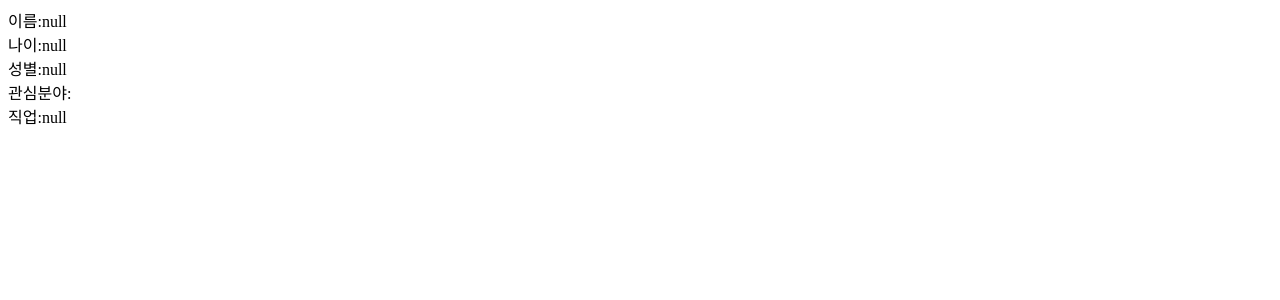
Repository: yubeens/JSP
Page: http://localhost/JSP_Project/exam/formResult.jsp
The author's editor kept a copy of each file at every save. The page is drawn from the files as they stood at one save, then again after the next save.
The browser window is 1280 px wide. The pictures show the whole page.
The page is served by Tomcat 9.

Above is the page before, as saved 2025-02-27 05:35:31.

After the next save:
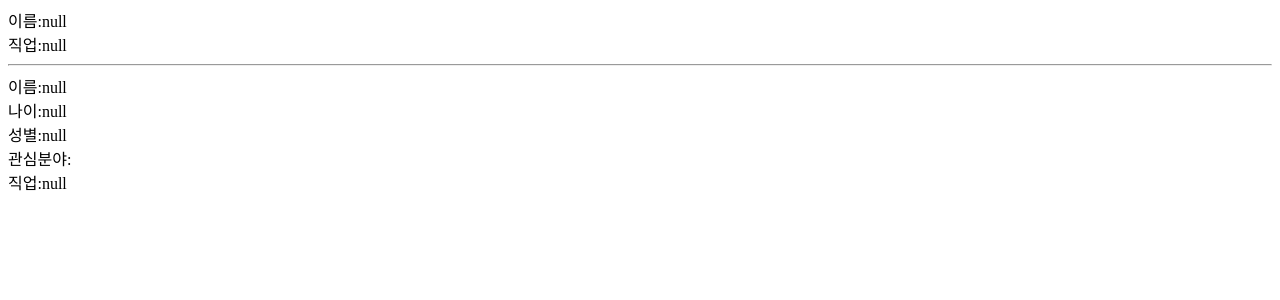
Saved 2 min 28 s later.
--- a/JSP_Project/src/main/webapp/exam/formResult.jsp
+++ b/JSP_Project/src/main/webapp/exam/formResult.jsp
@@ -11,6 +11,7 @@ String name = request.getParameter("name");
 String age = request.getParameter("age");
 String gender = request.getParameter("gender");
 String[] hobby = request.getParameterValues("hobby");
+
 String tmp="";
 if(hobby!=null){
 for(int i=0; i<hobby.length; i++){
@@ -21,6 +22,9 @@ for(int i=0; i<hobby.length; i++){
 String job = request.getParameter("job");
 %>
 <body>
+이름:<%= request.getParameter("name") %> <br>
+직업:<%= request.getParameter("job") %><br>
+<hr>
 이름:<%=name %><br>
 나이:<%=age %><br>
 성별:<%=gender %><br>
